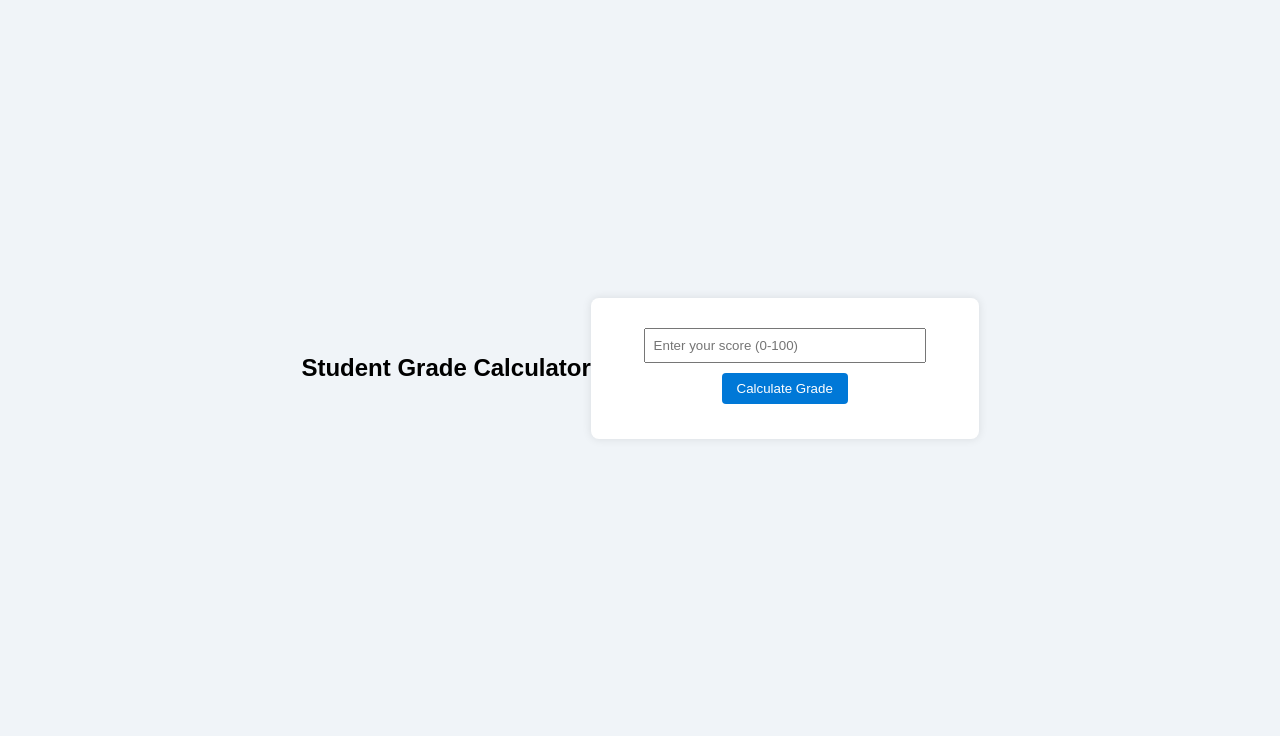
Repository: moshi704/web-dev-labs--group-1
Page: Week 5/Index.html
These files come from the project's save history. The page is drawn as it stood at one moment and after the next save; the edit follows.
The browser window is 1280 px wide. The pictures show the whole page.

Above is the page before, as saved 2026-06-23 17:13:04.

### Week 5/Index.html
<!DOCTYPE html>
<html lang="en">
<head>
  <meta charset="UTF-8">
  <meta name="viewport" content="width=device-width, initial-scale=1.0">
  <title>Student Grade Calculator</title>
  <link rel="stylesheet" href="style.css">
</head>
<body>
  <h2>Student Grade Calculator</h2>

  <div class="container">
    <input type="number" id="scoreInput" placeholder="Enter your score (0-100)">
    <button id="calcBtn">Calculate Grade</button>
    <div id="results"></div>
  </div>
  <script src="script.js"></script>
</body>
</html>

### Week 5/style.css
body {
  font-family: Arial, sans-serif;
  background-color: #f0f4f8;
  display: flex;
  justify-content: center;
  align-items: center;
  height: 100vh;
}

.container {
  background: #fff;
  padding: 20px 30px;
  border-radius: 8px;
  box-shadow: 0 0 10px rgba(0,0,0,0.1);
  text-align: center;
}

input {
  padding: 8px;
  margin: 10px 0;
  width: 80%;
}

button {
  padding: 8px 15px;
  background-color: #0078d7;
  color: white;
  border: none;
  border-radius: 4px;
  cursor: pointer;
}

button:hover {
  background-color: #005fa3;
}

#results {
  margin-top: 15px;
  font-weight: bold;
}

### Week 5/script.js
document.getElementById("calcBtn").addEventListener("click", function() {
  const scoreInput = document.getElementById("scoreInput");
  const results = document.getElementById("results");
  const score = Number(scoreInput.value);

  // Input validation
  if (isNaN(score) || score < 0 || score > 100) {
    results.textContent = "❌ Please enter a valid score between 0 and 100.";
    results.style.color = "red";
    return;
  }

  // Grade calculation
  let grade;
  if (score >= 70) grade = "A";
  else if (score >= 60) grade = "B";
  else if (score >= 50) grade = "C";
  else if (score >= 40) grade = "D";
  else grade = "F";

  // Display result
  results.textContent = `Score: ${score} → Grade: ${grade}`;
  results.style.color = grade === "A" ? "green" : grade === "F" ? "red" : "black";

  // Reset input
  scoreInput.value = "";
});

After the next save:
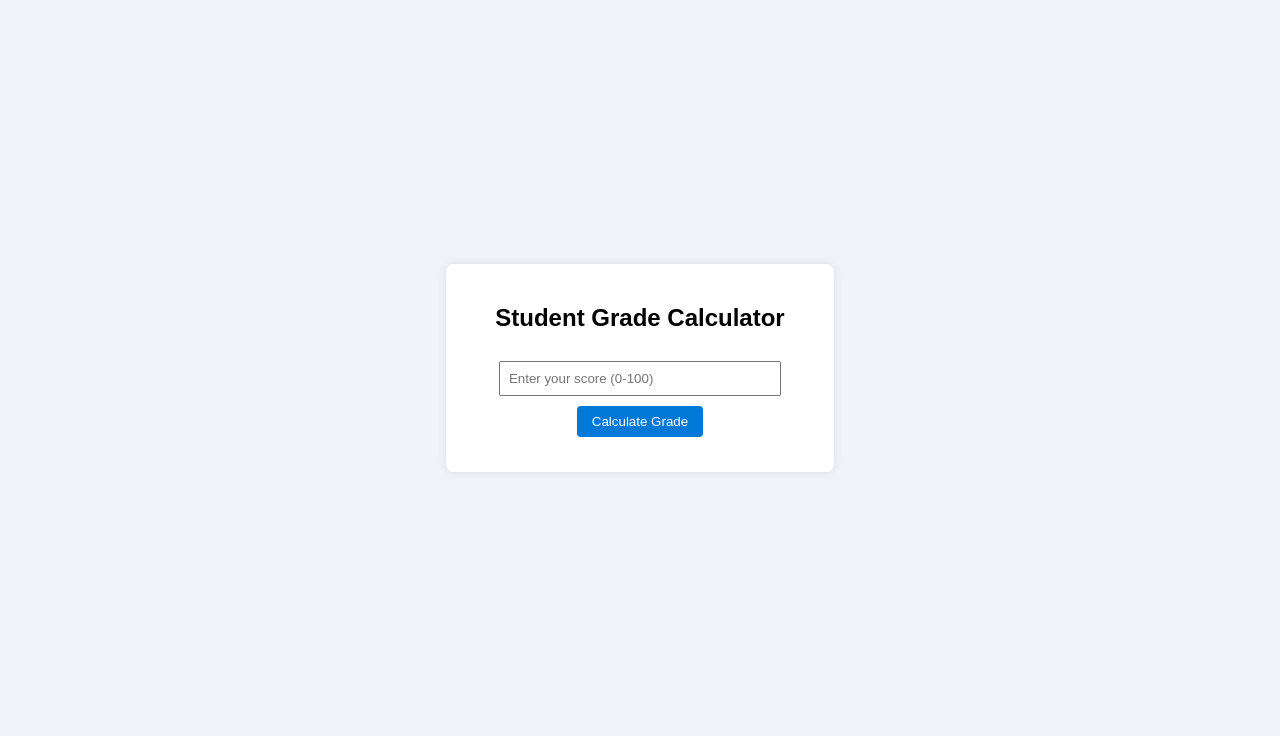
Saved 11 min 27 s later.
--- a/Week 5/Index.html
+++ b/Week 5/Index.html
@@ -7,9 +7,9 @@
   <link rel="stylesheet" href="style.css">
 </head>
 <body>
-  <h2>Student Grade Calculator</h2>
 
   <div class="container">
+    <h2>Student Grade Calculator</h2>
     <input type="number" id="scoreInput" placeholder="Enter your score (0-100)">
     <button id="calcBtn">Calculate Grade</button>
     <div id="results"></div>
--- a/Week 5/style.css
+++ b/Week 5/style.css
@@ -5,6 +5,10 @@ body {
   justify-content: center;
   align-items: center;
   height: 100vh;
+}
+
+h2{
+
 }
 
 .container {
